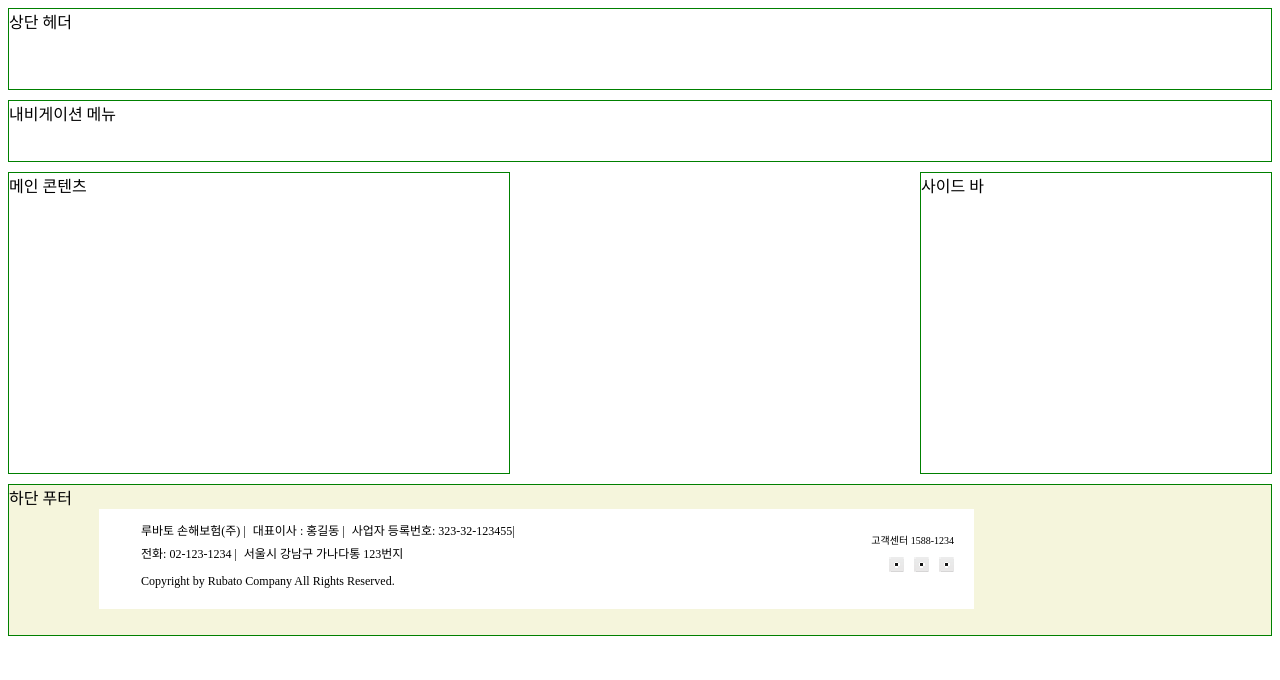
Repository: woosungtae/html_css
Page: pro01/public/a3.html
An editor plug-in stored every save of this project. The page is shown before and after the next save, followed by the edit.
The browser window is 1280 px wide. The pictures show the whole page.

Above is the page before, as saved 2022-12-14 05:46:09.

After the next save:
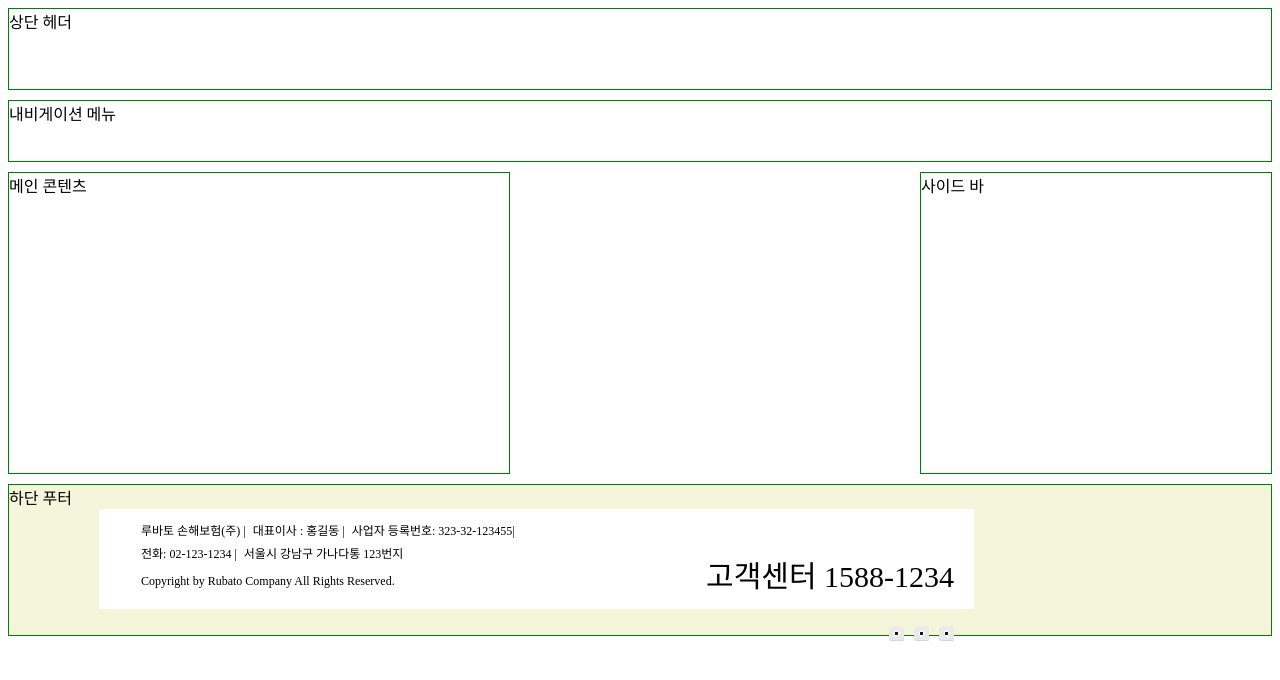
Saved 6 s later.
--- a/pro01/public/a3.html
+++ b/pro01/public/a3.html
@@ -26,7 +26,7 @@
      float: right;
      margin-top:-40px;
      margin-right:20px;
-     font-size:10px;
+     font-size:30px;
 
         }
      nav {
